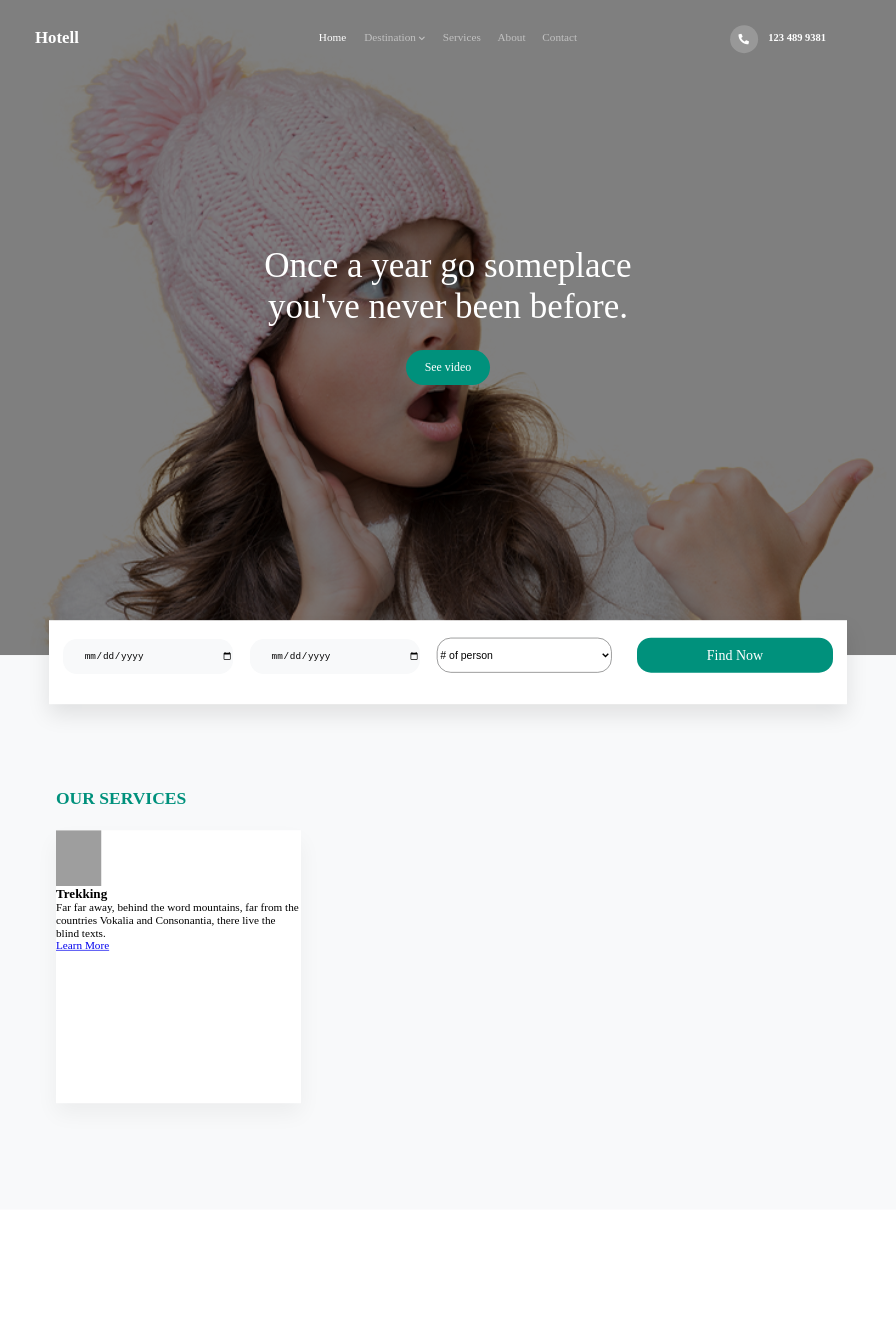
Repository: nhutduy0803/template1
Page: index.html
These files come from the project's save history. The page is drawn as it stood at one moment and after the next save; the edit follows.
The browser window is 1280 px wide. The pictures show the part of the page from y = 0 to 1920 px (the page is 5000 px tall), at 70% of full size.
Pictures or frames that could not be fetched are drawn as grey boxes.

Above is the page before, as saved 2021-11-28 13:13:28.

### index.html
<!DOCTYPE html>
<html lang="en">
  <head>
    <meta charset="UTF-8" />
    <meta http-equiv="X-UA-Compatible" content="IE=edge" />
    <meta name="viewport" content="width=device-width, initial-scale=1.0" />
    <title>TEMPLATE</title>
    <link rel="stylesheet" href="./assets/css/style.css" />
    <link
      rel="stylesheet"
      href="./assets/css/font/fontawesome-free-5.15.4-web/css/all.min.css"
    />
  </head>
  <body>
    <div id="main">
      <div class="slider">
        <div class="header">
          <h2>Hotell</h2>
          <div class="nav">
            <ul>
              <li>Home</li>
              <li>
                Destination
                <i class="fas fa-chevron-down"></i>
                <div class="subnav-one">
                  <ul class="sub-nav">
                    <span>Menu one</span>
                    <span>Menu two</span>
                    <span
                      >Dropdown <i class="fas fa-angle-right"></i>
                      <ul class="sub-nav-two">
                        <span>Menu one</span>
                        <span>Menu two</span>
                        <span>Menu three</span>
                      </ul>
                    </span>
                  </ul>
                </div>
              </li>
              <li>Services</li>
              <li>About</li>
              <li>Contact</li>
            </ul>
            <h3><i class="fas fa-phone-alt"></i> 123 489 9381</h3>
            <p>Once a year go someplace <br />you've never been before.</p>
            <a class="seevideo" href="#">See video</a>
          </div>
          <div class="modal-slider">
            <input type="date" name="" id="" />
            <input type="date" />
            <div class="select-person">
              <select id="number-of-person" class="form-control">
                <option value="#of person"># of person</option>
                <option value="0">0</option>
                <option value="1">1</option>
                <option value="2">2</option>
                <option value="3">3</option>
                <option value="4">4</option>
                <option value="5">5</option>
              </select>
            </div>
            <div class="find-now">Find Now</div>
          </div>
        </div>
        <!-- <img src="./assets/css/img/slider.webp" alt="" /> -->
      </div>
      <div class="card">
        <h2>OUR SERVICES</h2>
        <div class="card-children">
          <div class="img-card">
            <img src="./assets/css/img/trekking.png" alt="" />
          </div>
          <h3>Trekking</h3>
          <p>
            Far far away, behind the word mountains, far from the countries
            Vokalia and Consonantia, there live the blind texts.
          </p>
          <a href="#">Learn More</a>
        </div>
      </div>
    </div>
  </body>
</html>

### assets/css/style.css
* {
  margin: 0;
  padding: 0;
  box-sizing: border-box;
}

#main {
  width: 100%;
  height: 5000px;
  background: #fff;
}
.header img {
  width: 100%;
  height: 100%;
}

.header {
  position: relative;
  width: 100%;
  height: 130vh;
  background: linear-gradient(rgba(0, 0, 0, 0.5), rgba(0, 0, 0, 0.5)),
    url("./img/slider.webp") top center / cover no-repeat;
}

.header h3 {
  position: absolute;
  top: 45px;
  right: 100px;
  color: #fff;
  font-size: 15px;
}

.header h2 {
  color: #fff;
  top: 40px;
  position: absolute;
  left: 50px;
}

.nav ul li {
  transition: 0.2s;
  margin: 0 10px;
  display: inline-block;
  color: rgba(221, 221, 221, 0.705);
}

.nav li:hover {
  transition: 0.2s;
  color: #fff;
}

.nav ul li:nth-child(1) {
  color: #fff;
}

.nav {
  padding-top: 45px;
  text-align: center;
}

ul .fa-chevron-down {
  font-size: 10px;
}

.nav ul li:nth-child(2) {
  position: relative;
  transition: 0.3s;
  margin: 0 -35px;
}

.nav ul li:nth-child(2):hover .sub-nav {
  opacity: 1;
  bottom: 10px;
}

.sub-nav {
  border-radius: 10px;
  background: #fff;
  height: 130px;
  width: 180px;
  position: absolute;
  color: #000;
  opacity: 0;
  transition: 0.3s;
  bottom: 0;
}

.subnav-one {
  position: relative;
  height: 150px;
  width: 180px;
}

.sub-nav span {
  padding-right: 70px;
  padding-top: 20px;
  display: block;
}

.sub-nav span:hover {
  color: #00917c;
  transition: 0.2s;
}

.sub-nav span .fa-angle-right {
  position: absolute;
  right: 20px;
}

.sub-nav span:nth-child(3) {
  position: relative;
}

.sub-nav span:nth-child(3):hover .sub-nav-two {
  opacity: 1;
  margin-top: -25px;
}

.sub-nav-two {
  margin-top: 0px;
  margin-left: 180px;
  background: #fff;
  height: 130px;
  width: 180px;
  position: absolute;
  border-radius: 10px;
  color: #000;
  opacity: 0;
  transition: 0.3s;
}

.fa-phone-alt {
  position: absolute;
  left: -55px;
  top: -9px;
  background: rgba(255, 255, 255, 0.2);
  border-radius: 50%;
  height: 40px;
  width: 40px;
  padding-top: 13px;
  color: #fff;
  transition: 0.2s;
  font-size: 15px;
}

.fa-phone-alt:hover {
  border: 2px solid #fff;
  transition: 0.2s;
}

.header p {
  transform: translate(-50%);
  left: 50%;
  color: #fff;
  position: absolute;
  top: 350px;
  font-size: 50px;
}

.seevideo {
  position: absolute;
  top: 500px;
  left: 50%;
  transform: translate(-50%);
  width: 120px;
  height: 50px;
  background: #00917c;
  color: #fff;
  border-radius: 25px;
  display: flex;
  justify-content: center;
  align-items: center;
  text-decoration: none;
  font-size: 17px;
}

.modal-slider {
  z-index: 2;
  width: 1140px;
  height: 120px;
  background: #fff;
  position: absolute;
  bottom: -70px;
  left: 50%;
  transform: translate(-50%);
  box-shadow: 0 15px 30px 0 rgb(0 0 0 / 10%);
}

.modal-slider input {
  margin-top: 27px;
  margin-left: 50px;
  border-radius: 20px;
  background: #f8f9fa;
  padding-left: 30px;
  border: none;
  height: 50px;
  width: 243px;
}

.modal-slider ::-webkit-input-placeholder {
  color: rgba(0, 0, 0, 0.726);
  font-size: 15px;
}

.modal-slider .fa-calendar-alt {
  margin-left: -30px;
}

.modal-slider input {
  margin-left: 20px;
}

.date {
  position: absolute;
  top: 0px;
  width: 200px;
  height: 300px;
  background: #fff;
  z-index: 1;
}

.select-person {
  background: #f8f9fa;
  border-radius: 20px;
  height: 50px;
  width: 250px;
  display: inline-block;
  color: #000;
  margin-left: 20px;
}

.form-control {
  border-radius: 20px;
  background: #fff;
  height: 50px;
  width: 250px;
  color: #000;
  font-size: 15px;
}

.find-now {
  position: absolute;
  right: 20px;
  background: #00917c;
  border-radius: 20px;
  height: 50px;
  width: 280px;
  display: inline-block;
  display: flex;
  justify-content: center;
  align-items: center;
  color: #fff;
  top: 25px;
  font-size: 20px;
}

.find-now:active {
  border: 3px solid #3cc7b2;
}

.card {
  height: 110vh;
  width: 100%;
  background: #f8f9fa;
  position: relative;
}

.card h2 {
  font-weight: 700;
  position: absolute;
  left: 80px;
  top: 190px;
  font-size: 25px;
  color: #00917c;
}

.card-children {
  position: absolute;
  left: 80px;
  top: 250px;
  background: #fff;
  height: 390px;
  width: 350px;
  box-shadow: 0 15px 30px 0 rgb(0 0 0 / 5%);
}

.img-card {
  width: 65px;
  height: 80px;
}

.img-card img {
  width: 100%;
  height: 100%;
}

Loaded but not shown: assets/css/font/fontawesome-free-5.15.4-web/css/all.min.css (library)

After the next save:
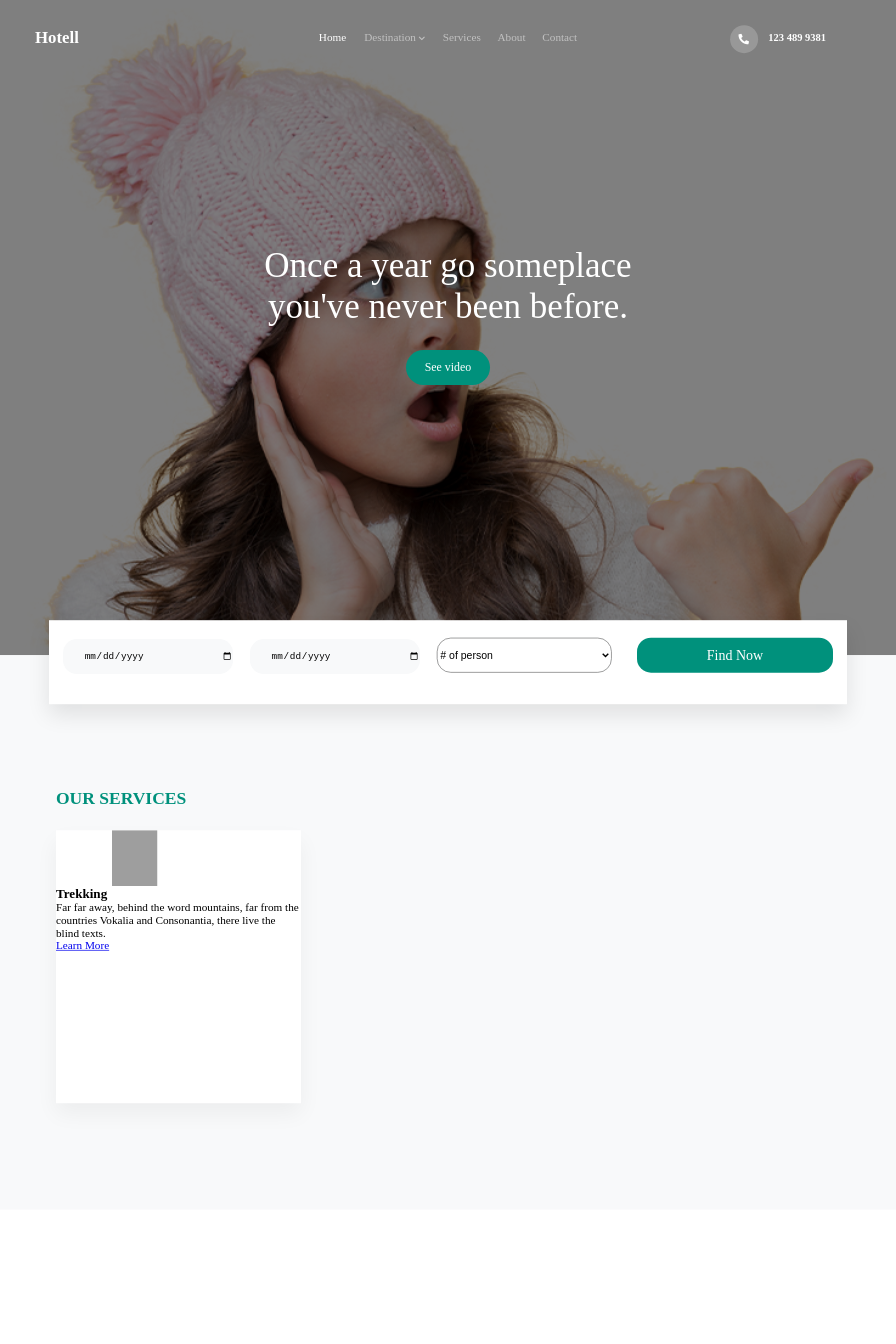
Saved 14 s later.
--- a/assets/css/style.css
+++ b/assets/css/style.css
@@ -285,6 +285,7 @@ ul .fa-chevron-down {
 }
 
 .img-card {
+  margin-left: 80px;
   width: 65px;
   height: 80px;
 }
